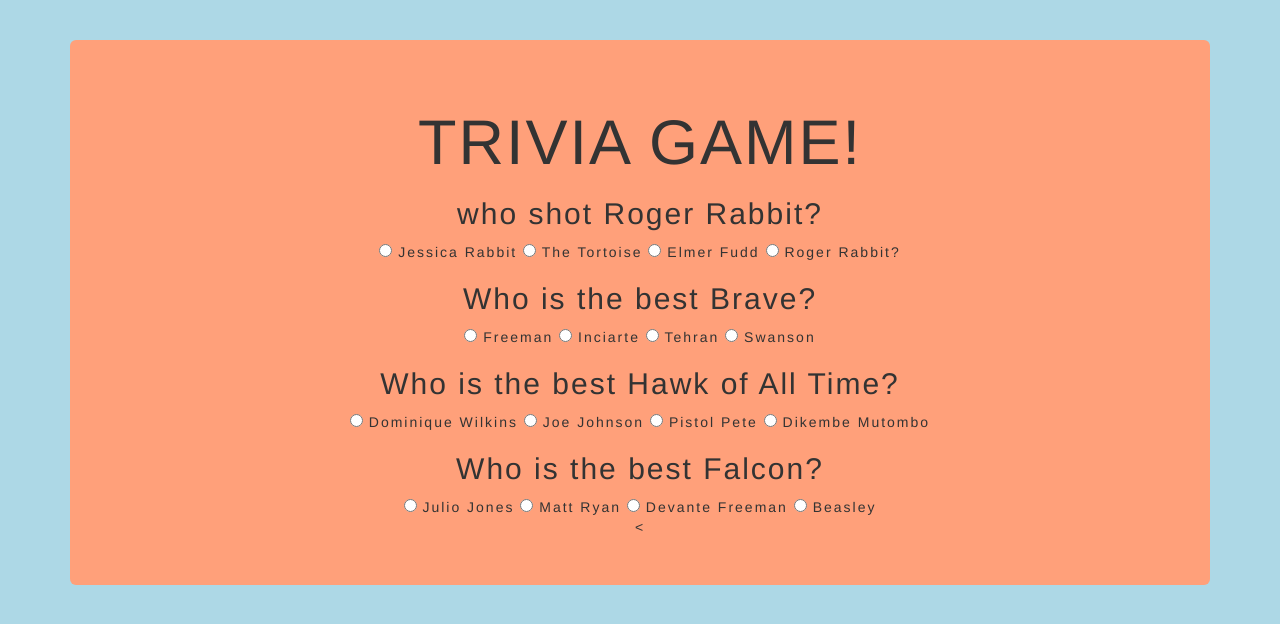
Repository: phiniezyc/TriviaGame
Page: index.html
An editor plug-in stored every save of this project. The page is shown before and after the next save, followed by the edit.
The browser window is 1280 px wide. The pictures show the whole page.
After loading, the first visible `#startGameButton` was clicked once.
Some web libraries are served in a nearby version.

Above is the page before, as saved 2017-09-14 00:49:37.

### index.html
<!DOCTYPE html>
<html lang="">
<head>
    <meta charset="utf-8">
    <meta name="viewport" content="width=device-width, initial-scale=1.0">
    <title>Quiz Game</title>
    <link rel="stylesheet" href="https://maxcdn.bootstrapcdn.com/bootstrap/3.3.7/css/bootstrap.min.css">
    <link rel="stylesheet" href="assets/css/style.css">
</head>

<body>

<div class="container">
<div class="row">

</div>
</div>
<div class="container">
    <div class="jumbotron">
        <div>
            <h1 id="gameHeading">TRIVIA GAME!</h1>
        </div>
        <div id="questionSection">
            <button id="startGameButton">Start Game</button>
        </div>
    </div>
</div>



<script src="https://ajax.googleapis.com/ajax/libs/jquery/3.2.1/jquery.min.js"></script>
<script src="assets/javascript/app.js"></script>
</body>
</html>

### assets/css/style.css
body {
    background-color: lightblue;
}

#gameHeading {
    text-align: center;
}

button {
    /*margin-left: 45%;*/
    /*text-align: center;*/
    width: 200px;
    position: absolute;
    left: 45%;
}


.jumbotron {
    background-color: lightsalmon;
    margin-top: 40px;
    text-align: center;
    letter-spacing: 2px;
}



/*
.!*answerSections {

    height: 100px;
    border-style: solid;
    border-width: 5px;
    text-align: center;
    font-size: 35px;
    width: 75%;
    margin: 0 auto;
    padding-top: 15px;
} *!*/

### assets/javascript/app.js

$("#startGameButton").on("click", function () {
    $("#startGameButton").remove();
    for (var i = 0; i < questions.length; i++) {
        $("#questionSection").append("<h2>" + questions[i].question + "</h2>");
        for (var j = 0; j < questions[i].answers.length; j++) {
            $("#questionSection").append("<input type = 'radio' name= 'questionsToAsk" + i + " 'value' " + questions[i].answers[j] + "'>" + questions[i].answers[j])
        }
    }
    $("#questionSection").after("<");
});

var questions = [{
    question: " who shot Roger Rabbit? ",
    answers: [" Jessica Rabbit ", " The Tortoise ", " Elmer Fudd ", " Roger Rabbit? "],
    correctAnswer: " Jessica Rabbit "
}, {
    question: " Who is the best Brave? ",
    answers: [" Freeman ", " Inciarte ", " Tehran ", " Swanson "],
    correctAnswer: "Freeman"
}, {
    question: " Who is the best Hawk of All Time? ",
    answers: [" Dominique Wilkins ", " Joe Johnson ", " Pistol Pete ", " Dikembe Mutombo "],
    correctAnswer: " Dominique Wilkins "
}, {
    question: " Who is the best Falcon? ",
    answers: [" Julio Jones ", " Matt Ryan ", " Devante Freeman ", " Beasley "],
    correctAnswer: " Julio Jones "
}];

After the next save:
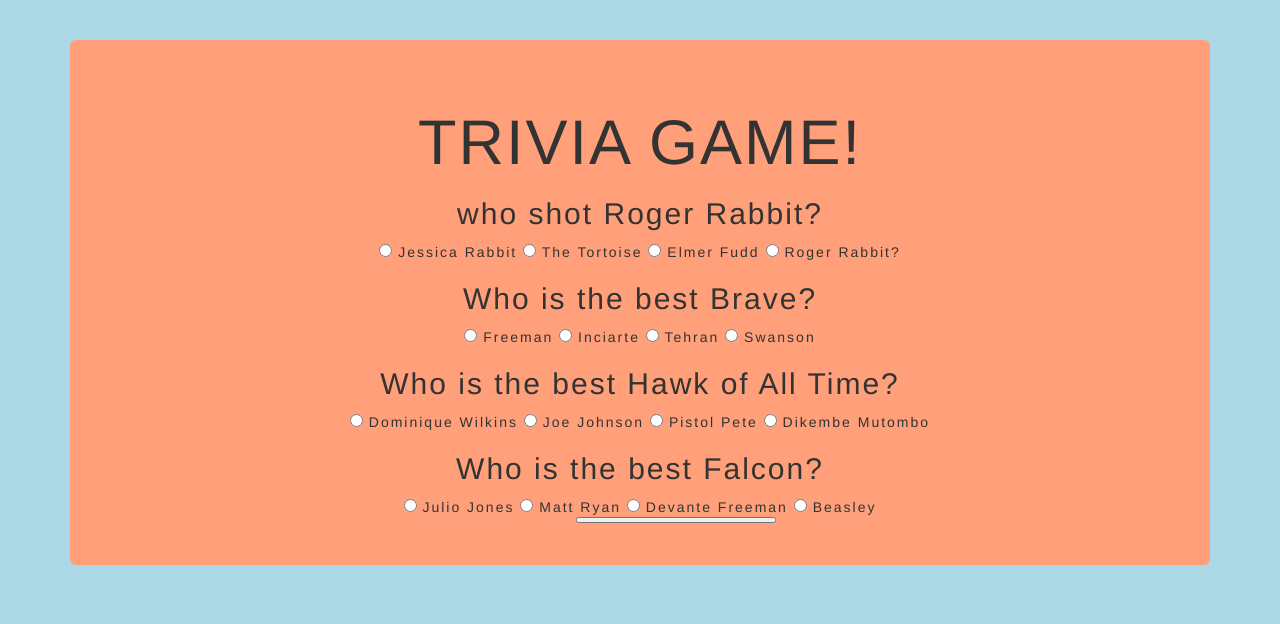
Saved 5 s later.
--- a/assets/javascript/app.js
+++ b/assets/javascript/app.js
@@ -7,7 +7,7 @@
             $("#questionSection").append("<input type = 'radio' name= 'questionsToAsk" + i + " 'value' " + questions[i].answers[j] + "'>" + questions[i].answers[j])
         }
     }
-    $("#questionSection").after("<");
+    $("#questionSection").after("<button>");
 });
 
 var questions = [{
